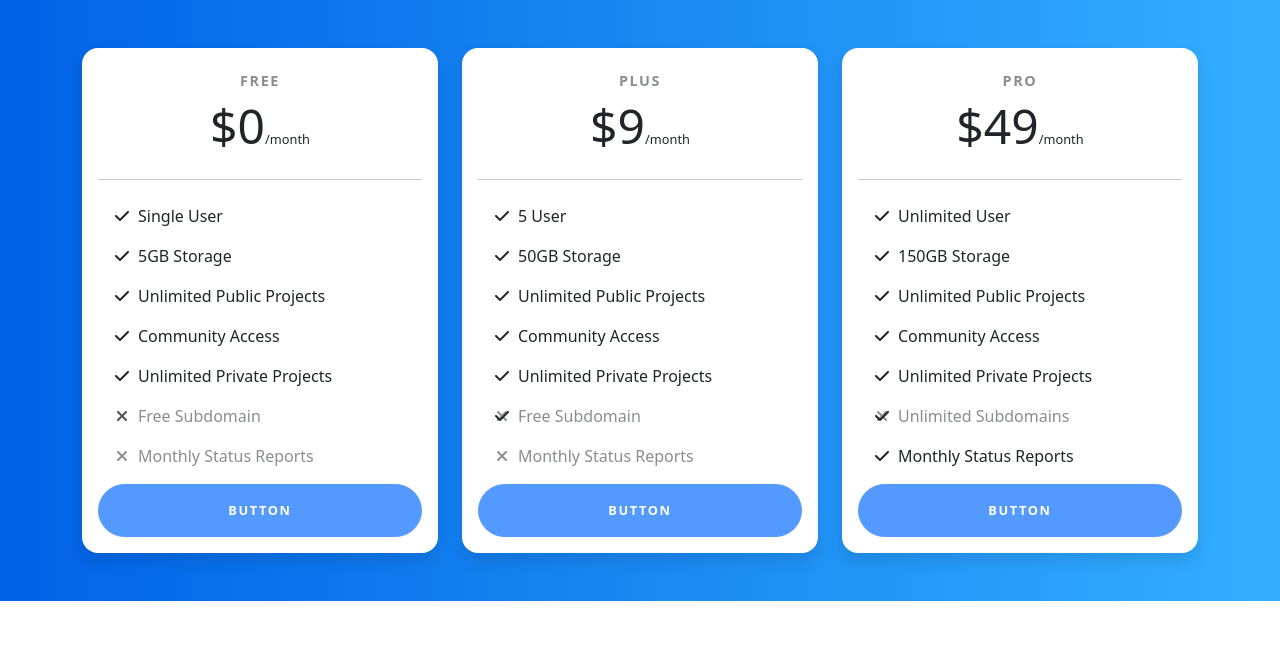
Repository: muzthy8/price-card
Page: /
An editor plug-in stored every save of this project. The page is shown before and after the next save, followed by the edit.
The browser window is 1280 px wide. The pictures show the whole page.
Some web libraries are served in a nearby version. The project was rebuilt for these pictures with package versions that can differ from the ones it lists, and the page was loaded fresh each time.

Above is the page before, as saved 2023-06-24 10:06:46.

After the next save:
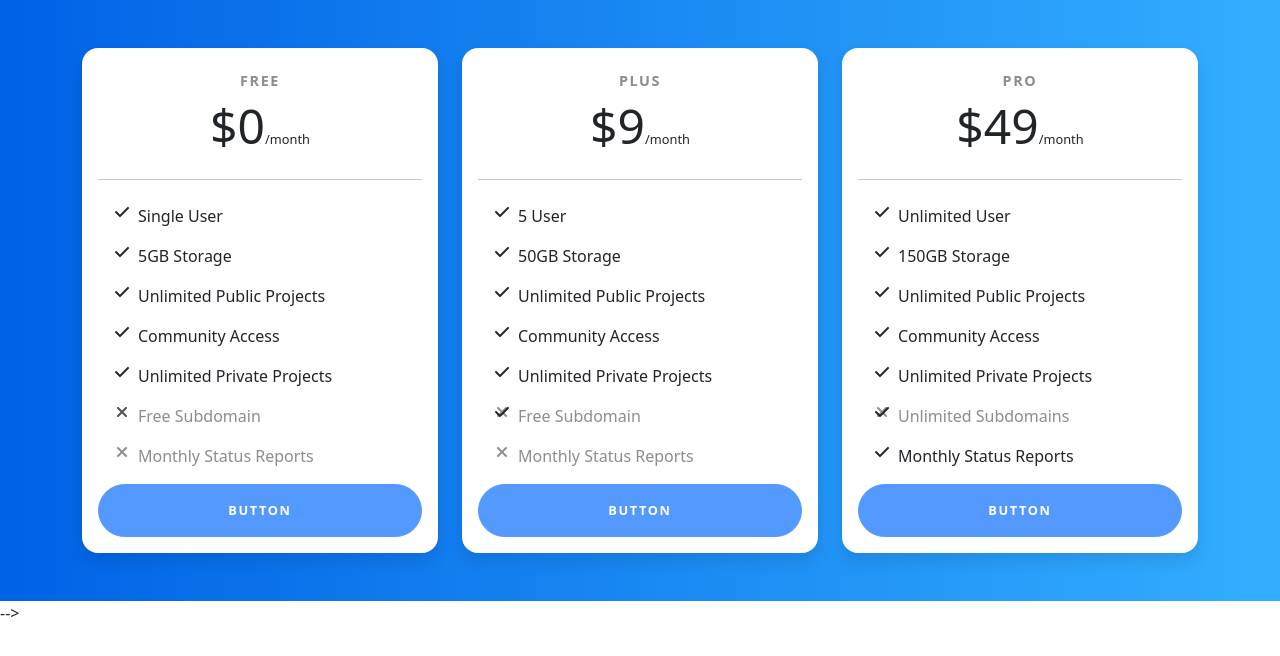
Saved 11 days later.
--- a/public/index.html
+++ b/public/index.html
@@ -1,4 +1,4 @@
-<!DOCTYPE html>
+<!-- <!DOCTYPE html>
 <html lang="en">
   <head>
     <meta charset="utf-8" />
@@ -43,4 +43,4 @@
     -->
     <script src="https://kit.fontawesome.com/9fec16f909.js" crossorigin="anonymous"></script>
   </body>
-</html>
+</html> -->
